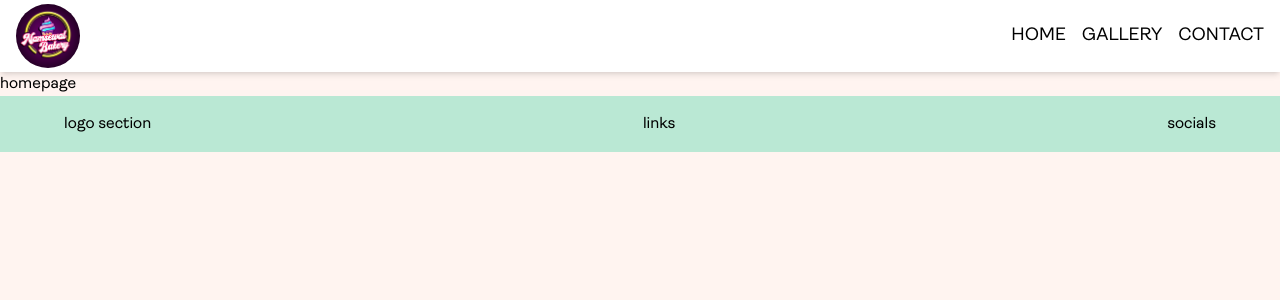
Repository: nabinkatwal7/namsewal
Page: /
The author's editor kept a copy of each file at every save. The page is drawn from the files as they stood at one save, then again after the next save.
The browser window is 1280 px wide. The pictures show the whole page.
The project was rebuilt for these pictures with package versions that can differ from the ones it lists, and the page was loaded fresh each time. The framework's server and built-in components were replaced by stand-ins that run in the browser. Also part of the build but not shown: next.config.mjs.

Above is the page before, as saved 2024-08-27 10:16:26.

### app/layout.tsx
import type { Metadata } from "next";
import { Inter } from "next/font/google";
import "./globals.css";
import Header from "@/components/ui/Header";
import Footer from "@/components/ui/Footer";

const inter = Inter({ subsets: ["latin"] });

export const metadata: Metadata = {
  title: `Namsewal Bakery`,
  description: ``,
};

export default function RootLayout({
  children,
}: Readonly<{
  children: React.ReactNode;
}>) {
  return (
    <html lang="en">
      <link rel="icon" href="/favicon.ico" sizes="any" />
      <body className={inter.className}>
        <div className="relative overflow-x-hidden font-ambit">
          <Header />
          {children}
          <Footer />
        </div>
      </body>
    </html>
  );
}

### app/page.tsx
import HomeWrapper from "@/components/Home/HomeWrapper";

export default function Home() {
  return <HomeWrapper />;
}

### app/globals.css
@tailwind base;
@tailwind components;
@tailwind utilities;

@font-face {
  font-family: "ambit";
  src: url("/fonts/Ambit.otf") format("truetype");
}

.ambit {
  font-family: "ambit";
}

body {
  font-family: "ambit";

  background-color: #fff4f0;
}

### components/ui/Header.tsx
import Image from "next/image";
import Link from "next/link";

const links = [
  {
    id: 1,
    name: "Home",
    href: "/",
  },
  {
    id: 2,
    name: "Gallery",
    href: "/gallery",
  },
  {
    id: 3,
    name: "Contact",
    href: "/contact",
  },
];

const Header = () => {
  return (
    <>
      <div className="sticky top-0 z-50 hidden items-center justify-between bg-white px-4 py-1 shadow-md lg:flex">
        <Image
          src="/assets/logo.jpg"
          alt="namsewal bakery"
          width={80}
          height={80}
          className="size-16 rounded-full"
        />
        <div className="flex flex-row items-center gap-4 text-lg uppercase">
          {links?.map((link) => (
            <Link key={link.id} href={link.href} className="hover:underline">
              {link.name}
            </Link>
          ))}
        </div>
      </div>
    </>
  );
};

export default Header;

### components/ui/Footer.tsx
import React from "react";

const Footer = () => {
  return (
    <div className="bg-[#bae8d4] px-16 py-4 flex flex-row justify-between">
      <div>logo section</div>
      <div>links</div>
      <div>socials</div>
    </div>
  );
};

export default Footer;

### components/Home/HomeWrapper.tsx
import React from "react";

const HomeWrapper = () => {
  return <div>homepage</div>;
};

export default HomeWrapper;

### tailwind.config.ts
import type { Config } from "tailwindcss";

const config: Config = {
  content: [
    "./pages/**/*.{js,ts,jsx,tsx,mdx}",
    "./components/**/*.{js,ts,jsx,tsx,mdx}",
    "./app/**/*.{js,ts,jsx,tsx,mdx}",
  ],
  theme: {
    extend: {
      backgroundImage: {
        "gradient-radial": "radial-gradient(var(--tw-gradient-stops))",
        "gradient-conic":
          "conic-gradient(from 180deg at 50% 50%, var(--tw-gradient-stops))",
      },
      fontFamily: {
        ambit: ["ambit", "sans-serif"],
      },
    },
  },
  plugins: [],
};
export default config;

After the next save:
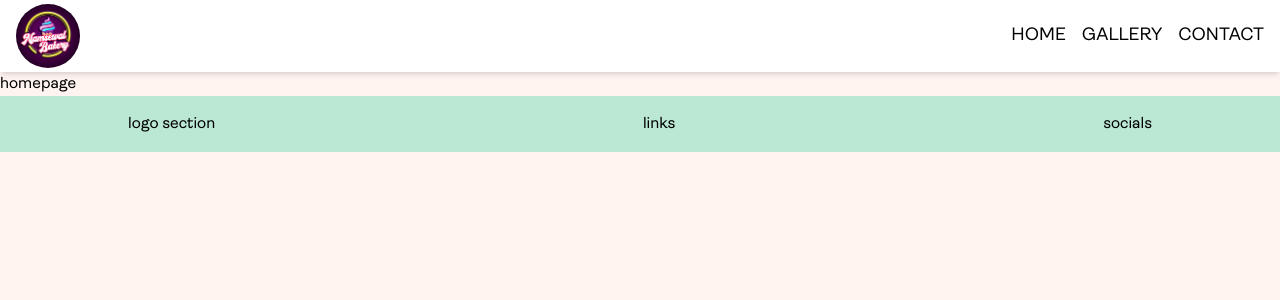
Saved 31 s later.
--- a/components/ui/Footer.tsx
+++ b/components/ui/Footer.tsx
@@ -2,7 +2,7 @@
 
 const Footer = () => {
   return (
-    <div className="bg-[#bae8d4] px-16 py-4 flex flex-row justify-between">
+    <div className="bg-[#bae8d4] px-32 py-4 flex flex-row justify-between">
       <div>logo section</div>
       <div>links</div>
       <div>socials</div>
